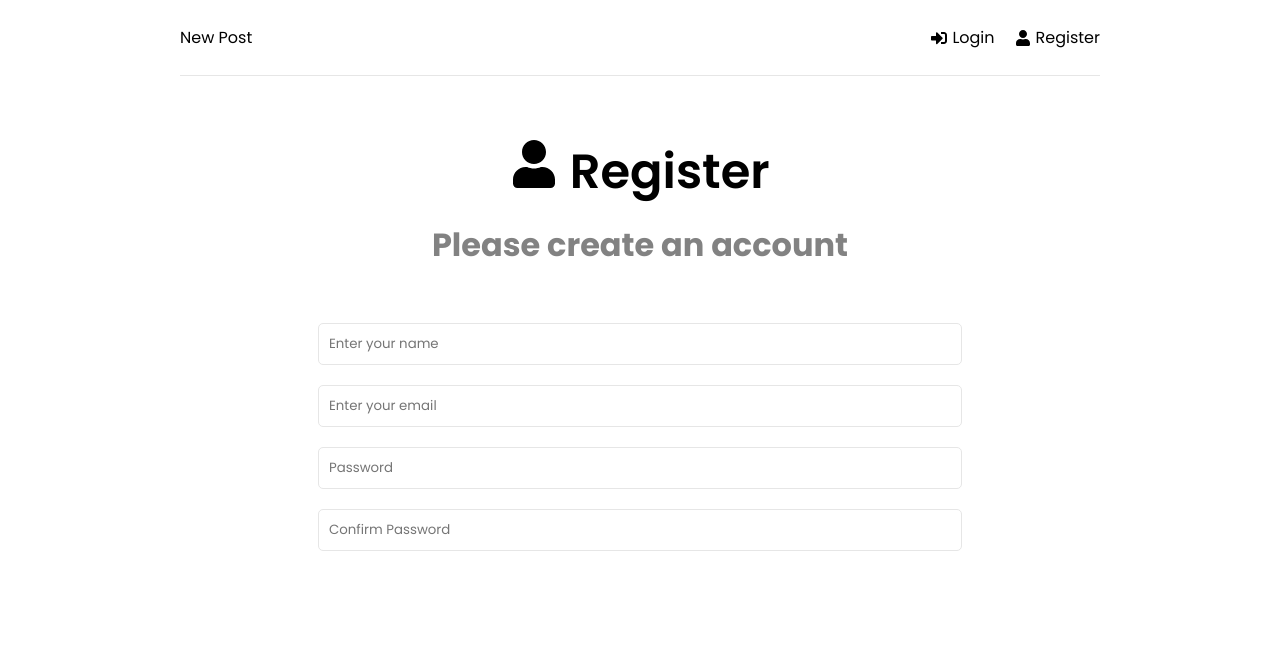
Repository: OdellPurifoy/geek_speek
Page: /register (app in frontend/)
The author's editor kept a copy of each file at every save. The page is drawn from the files as they stood at one save, then again after the next save.
The browser window is 1280 px wide. The pictures show the whole page.
The project was rebuilt for these pictures with package versions that can differ from the ones it lists, and the page was loaded fresh each time. Also part of the build but not shown: frontend/src/pages/Dashboard.jsx, frontend/src/pages/Login.jsx.

Above is the page before, as saved 2022-07-06 16:22:25.

### frontend/src/App.js
import { BrowserRouter as Router, Routes, Route } from "react-router-dom";
import Header from "./app/components/Header";
import Dashboard from "./pages/Dashboard";
import Login from "./pages/Login";
import Register from "./pages/Register";

function App() {
  return (
    <>
      <Router>
        <div className="container">
          <Header />
          <Routes>
            <Route path='/' element={<Dashboard />} />
            <Route path='/login' element={<Login />} />
            <Route path='/register' element={<Register />} />
          </Routes>
        </div>
      </Router>
    </>
  );
}

export default App;

### frontend/src/app/components/Header.jsx
import { FaSignInAlt, FaSignOutAlt, FaUser } from "react-icons/fa";
import { Link } from "react-router-dom";

function Header() {
  return (
    <header className="header">
        <div className="logo">
            <Link to='/'>New Post</Link>
        </div>
        <ul>
            <li>
                <Link to='/login'>
                    <FaSignInAlt /> Login
                </Link>
            </li>
            <li>
                <Link to='/register'>
                    <FaUser /> Register
                </Link>
            </li>
        </ul>
    </header>
  )
}

export default Header

### frontend/src/pages/Register.jsx
import { useState, useEffect } from "react";
import { FaUser } from "react-icons/fa";


function Register() {
  const [formData, setFormData] = useState({
    name: '',
    email: '',
    password: '',
    password_confirmation: '',
  })

  const { name, email, password, password_confirmation } = formData

  const onChange = () => {}

  return (
    <>
      <section className="heading">
        <h1>
          <FaUser /> Register
        </h1>
        <p>Please create an account</p>
      </section>

      <section className="form">
        <form>
          <div className="form-group">
            <input type="text" className="form-control" id="name" name="name" value={name} placeholder="Enter your name" onChange={onChange}/>
          </div>
          <div className="form-group">
            <input type="email" className="form-control" id="email" name="email" value={email} placeholder="Enter your email" onChange={onChange}/>
          </div>
          <div className="form-group">
            <input type="password" className="form-control" id="password" name="password" value={password} placeholder="Password" onChange={onChange}/>
          </div>
          <div className="form-group">
            <input type="password" className="form-control" id="password-confirmation" name="password-confirmation" value={password_confirmation} placeholder="Confirm Password" onChange={onChange}/>
          </div>
        </form>
      </section>
    </>
  )
}

export default Register

Loaded but not shown: frontend/public/index.html (common file); frontend/src/index.js (common file); frontend/src/app/store.js (common file); frontend/src/reportWebVitals.js (common file); frontend/src/index.css (common file)

After the next save:
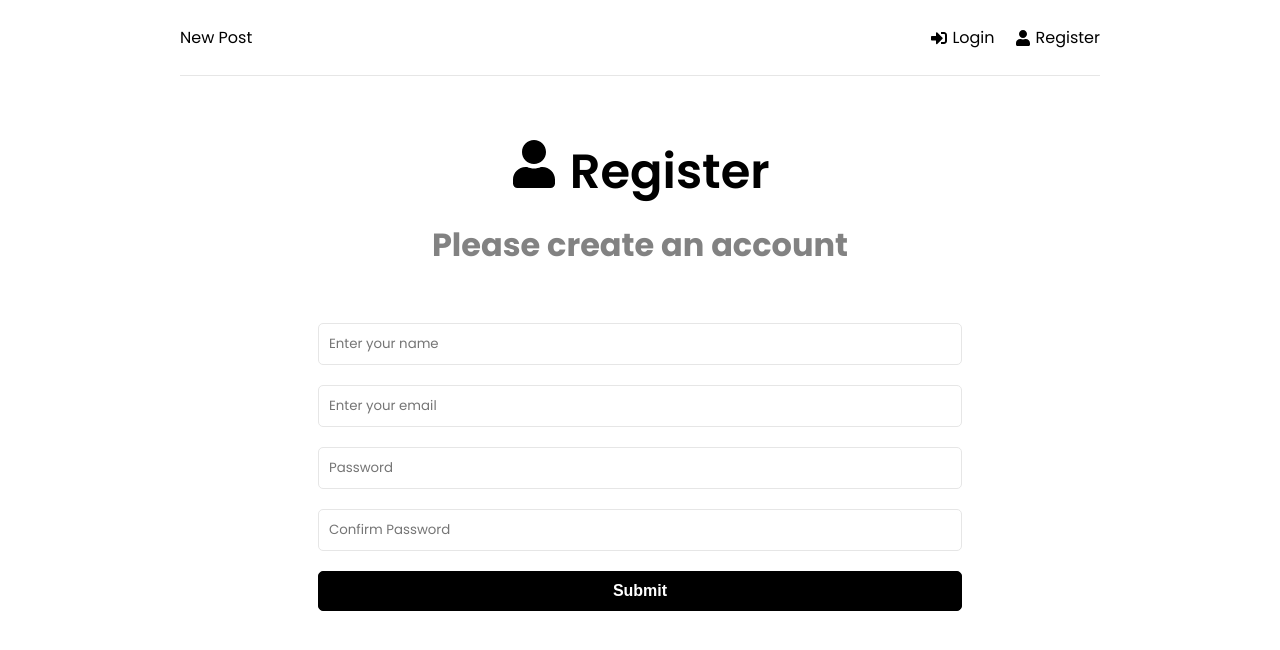
Saved 104 s later.
--- a/frontend/src/pages/Register.jsx
+++ b/frontend/src/pages/Register.jsx
@@ -37,6 +37,9 @@ function Register() {
           <div className="form-group">
             <input type="password" className="form-control" id="password-confirmation" name="password-confirmation" value={password_confirmation} placeholder="Confirm Password" onChange={onChange}/>
           </div>
+          <div className="form-group">
+            <button type="submit" className="btn btn-block">Submit</button>
+          </div>
         </form>
       </section>
     </>
